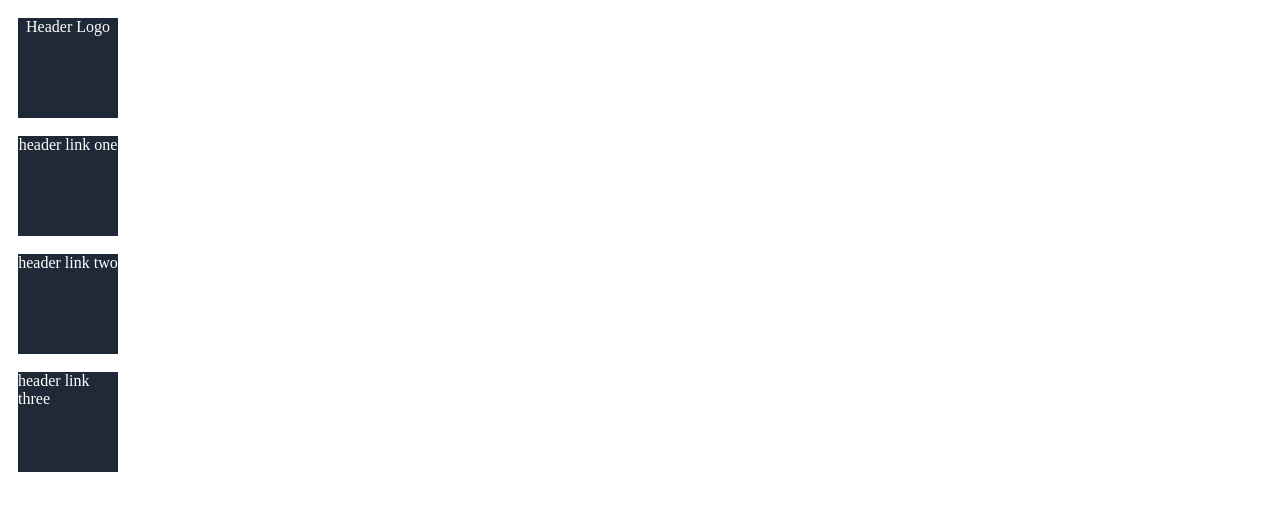
Repository: Grace561/css-exercises
Page: index.html
These files come from the project's save history. The page is drawn as it stood at one moment and after the next save; the edit follows.
The browser window is 1280 px wide. The pictures show the whole page.

Above is the page before, as saved 2025-04-14 14:01:38.

After the next save:
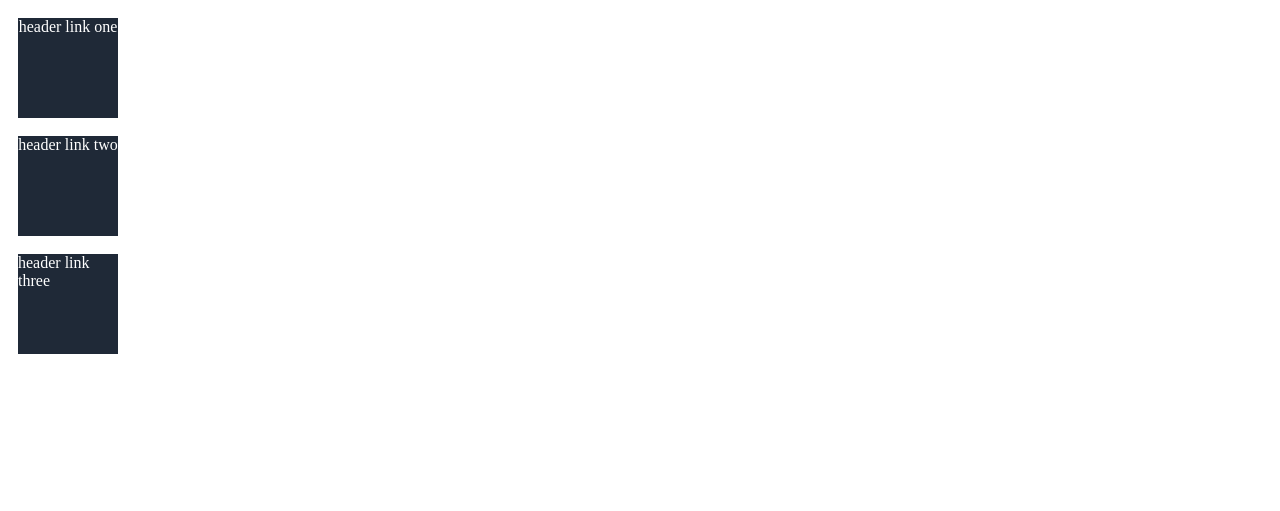
Saved 14 s later.
--- a/index.html
+++ b/index.html
@@ -13,7 +13,6 @@
         Header
     </div>
     <div class="flex-container">
-        <div class="item">Header Logo</div>
         <div class="item">header link one</div>
         <div class="item">header link two</div>
         <div class="item">header link three</div>
